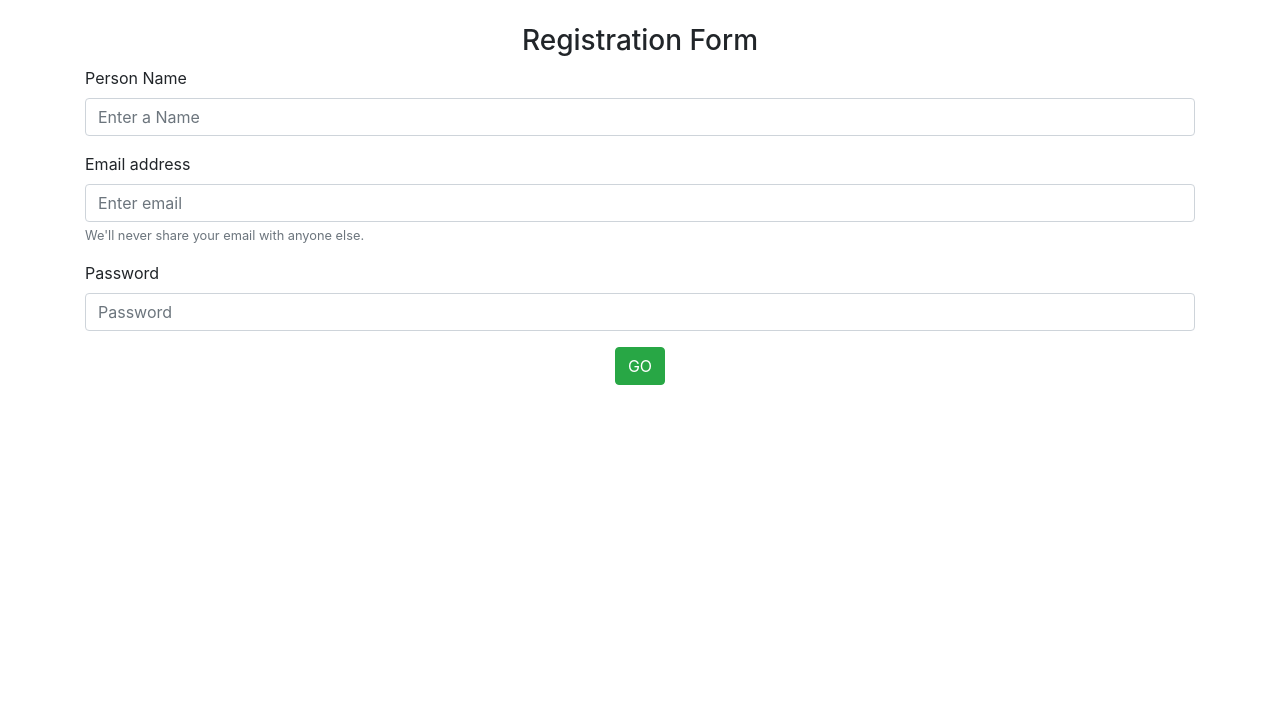
Repository: vijay10091999/Advance-java
Page: http://localhost/SpringMVC/WEB-INF/views/contact.jsp
An editor plug-in stored every save of this project. The page is shown before and after the next save, followed by the edit.
The browser window is 1280 px wide. The pictures show the whole page.
Some web libraries are served in a nearby version. The page is served by Tomcat 9. Nobody is signed in. The template is opened directly, without the code that normally fills it, so the values that code supplies are empty.

Above is the page before, as saved 2022-06-11 10:01:24.

After the next save:
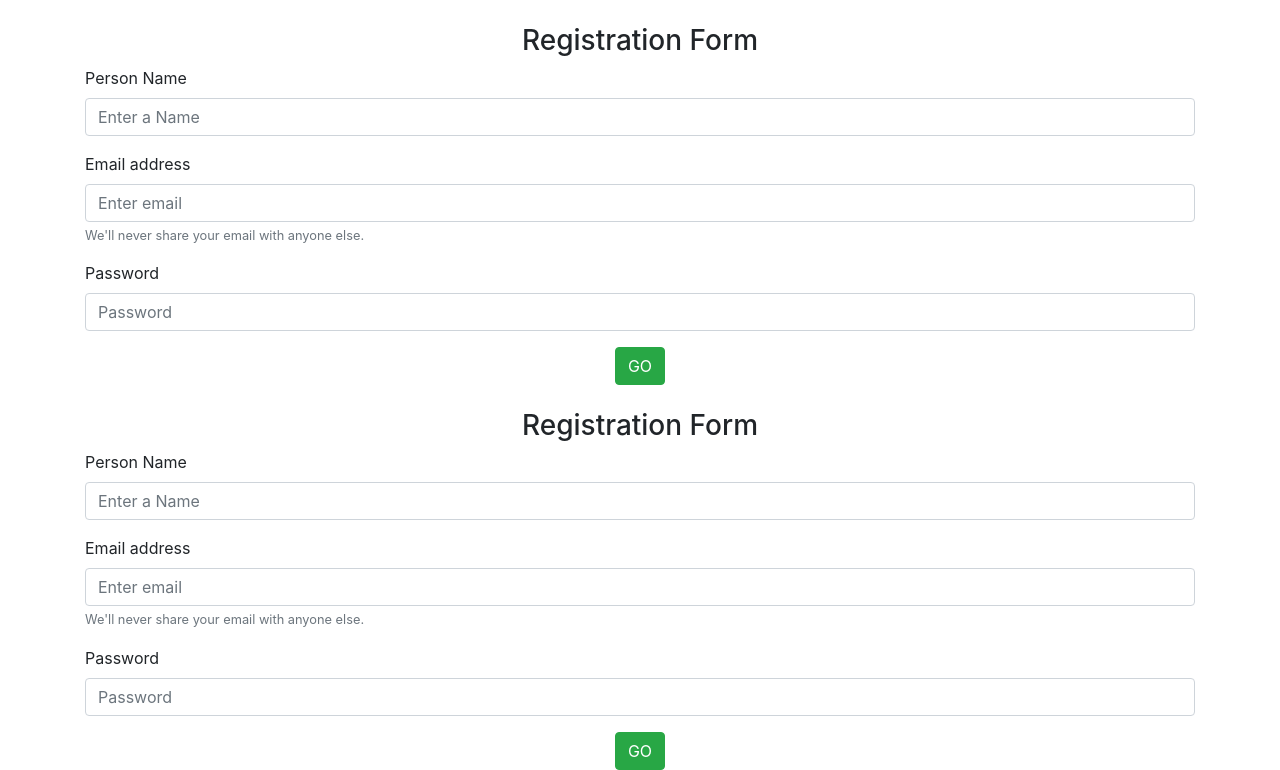
Saved 2 min 55 s later.
--- a/SpringMVC/src/main/webapp/WEB-INF/views/contact.jsp
+++ b/SpringMVC/src/main/webapp/WEB-INF/views/contact.jsp
@@ -16,7 +16,7 @@
    <div class="container mt-4">
 
    <h3 class="text-center">Registration Form </h3>
-    <form action="process" method="post">
+    <form action="process1" method="post">
     <div class="form-group">
     <label for="exampleInputName">Person Name </label>
     <input type="text" class="form-control" id="name" placeholder="Enter a Name" name="name">
@@ -37,6 +37,31 @@
 
    </div>
 
+<div class="container mt-4">
+
+   <h3 class="text-center">Registration Form </h3>
+    <form action="process2" method="post">
+    <div class="form-group">
+    <label for="exampleInputName">Person Name </label>
+    <input type="text" class="form-control" id="name" placeholder="Enter a Name" name="name">
+  </div>
+  <div class="form-group">
+    <label for="exampleInputEmail1">Email address</label>
+    <input type="email" class="form-control" id="email" aria-describedby="emailHelp" placeholder="Enter email" name ="email">
+    <small id="emailHelp" class="form-text text-muted">We'll never share your email with anyone else.</small>
+  </div>
+  <div class="form-group">
+    <label for="exampleInputPassword1">Password</label>
+    <input type="password" class="form-control" id="password" placeholder="Password" name="password">
+  </div>
+  <div class="container text-center">
+    <button type="submit" class="btn btn-success">GO </button>
+  </div>
+</form>
+
+   </div>
+
+
     <!-- Optional JavaScript -->
     <!-- jQuery first, then Popper.js, then Bootstrap JS -->
     <script src="https://code.jquery.com/jquery-3.2.1.slim.min.js" integrity="sha384-KJ3o2DKtIkvYIK3UENzmM7KCkRr/rE9/Qpg6aAZGJwFDMVNA/GpGFF93hXpG5KkN" crossorigin="anonymous"></script>
